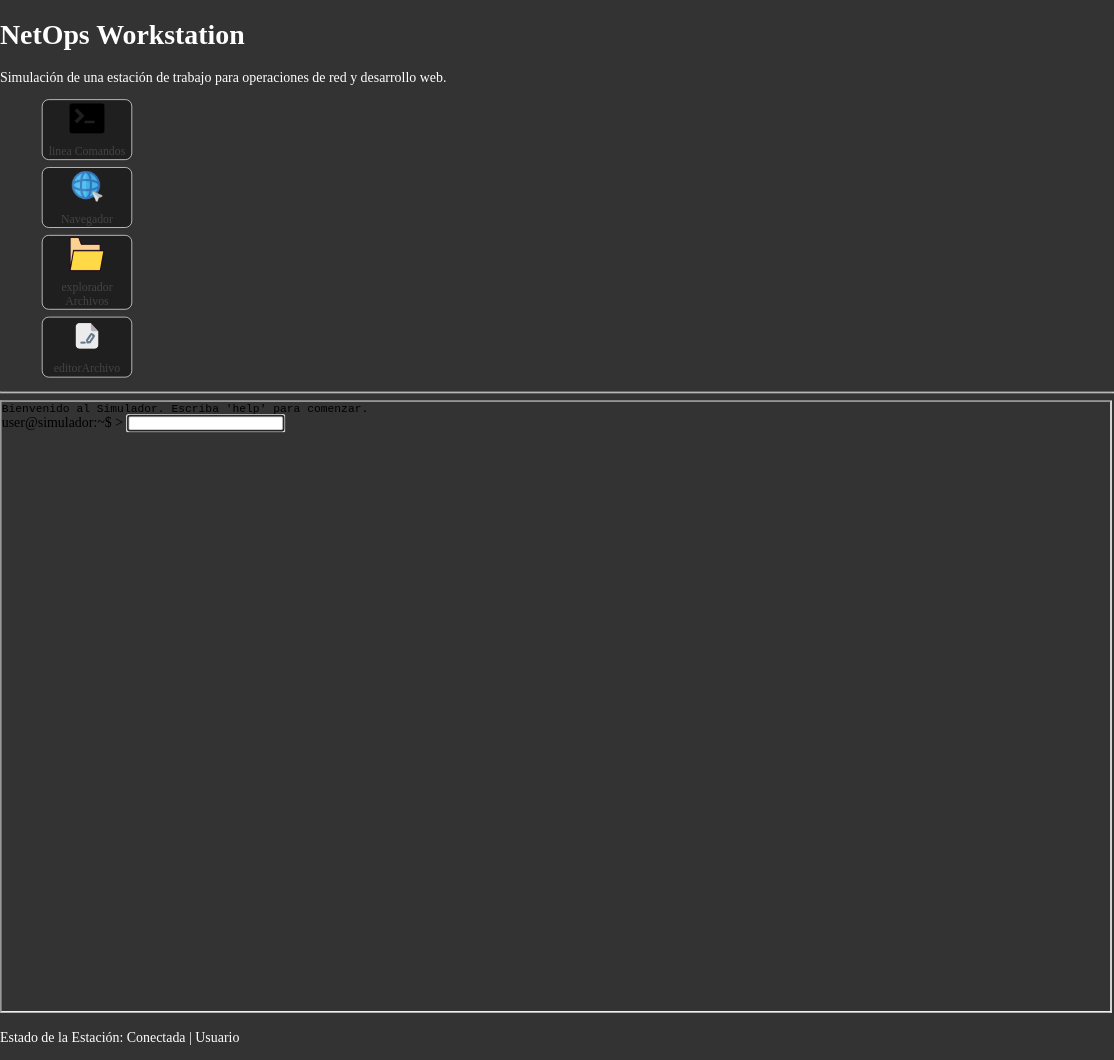
Repository: ValdezGalia/ProgramacionWebUcab
Page: lan-01.html
The author's editor kept a copy of each file at every save. The page is drawn from the files as they stood at one save, then again after the next save.
The browser window is 1280 px wide. The pictures show the whole page, at 87% of full size.

Above is the page before, as saved 2025-11-13 16:39:06.

After the next save:
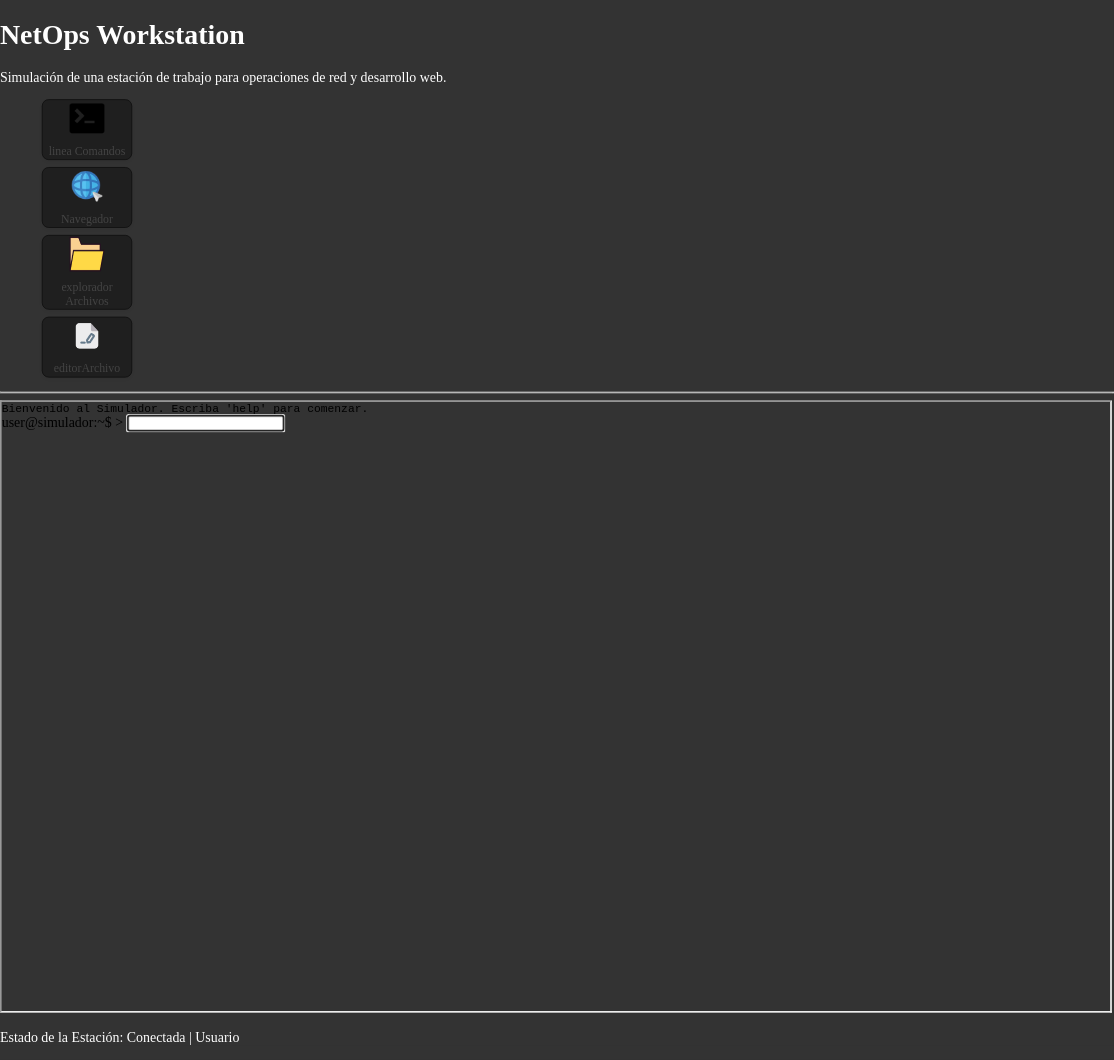
Saved 7 s later.
--- a/style/lan-01.css
+++ b/style/lan-01.css
@@ -21,7 +21,7 @@ nav ul li a {
     background-color: #1f1f1f;
     padding: 1px;
     margin: 8px;
-    border: 1px solid #cccccc;
+    border: 1px solid #111111;
     border-radius: 8px;
     box-shadow: 0 2px 4px rgba(0, 0, 0, 0.05);
     transition: all 0.2s ease;
